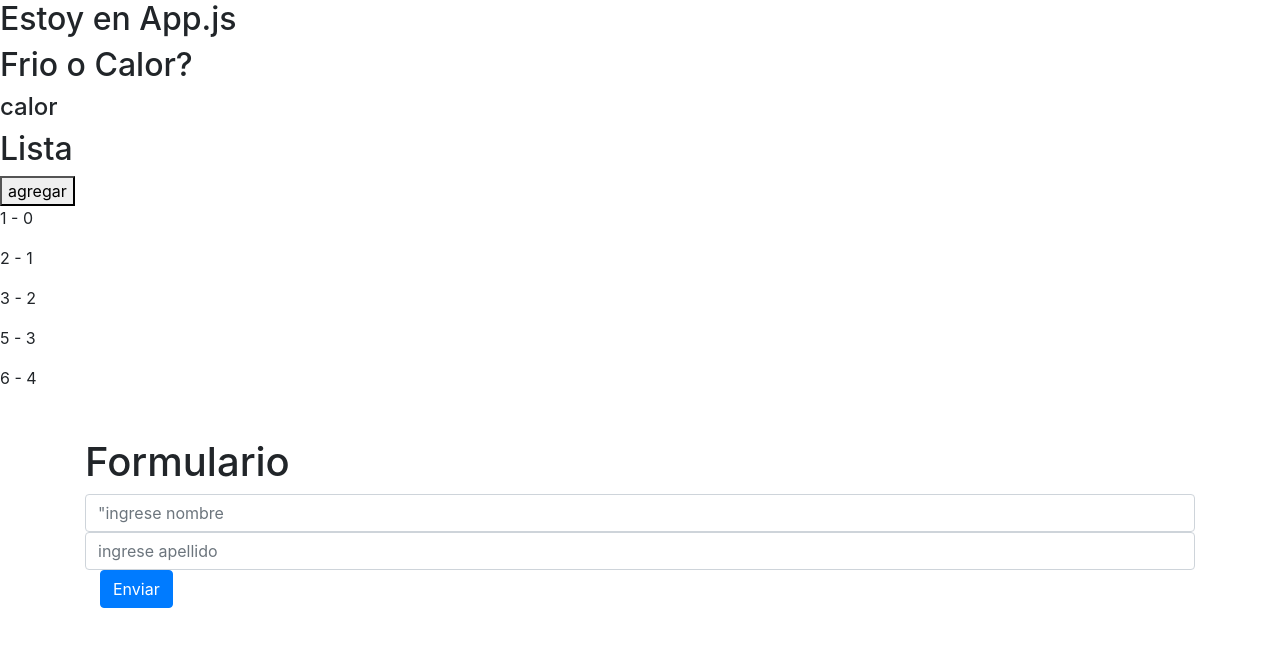
Repository: geraldine-ventura/Jsx-practica-terminada
Page: /
The author's editor kept a copy of each file at every save. The page is drawn from the files as they stood at one save, then again after the next save.
The browser window is 1280 px wide. The pictures show the whole page.
The project was rebuilt for these pictures with package versions that can differ from the ones it lists, and the page was loaded fresh each time.

Above is the page before, as saved 2022-12-29 11:15:32.

### public/index.html
<!DOCTYPE html>
<html lang="en">
  <head>
    <meta charset="utf-8" />
    <link rel="icon" href="%PUBLIC_URL%/favicon.ico" />
    <meta name="viewport" content="width=device-width, initial-scale=1" />
    <meta name="theme-color" content="#000000" />
    <meta
      name="description"
      content="Web site created using create-react-app"
    />
    <link rel="apple-touch-icon" href="%PUBLIC_URL%/logo192.png" />
    <!--
      manifest.json provides metadata used when your web app is installed on a
      user's mobile device or desktop. See https://developers.google.com/web/fundamentals/web-app-manifest/
    -->
    <link rel="manifest" href="%PUBLIC_URL%/manifest.json" />
    <!--
      Notice the use of %PUBLIC_URL% in the tags above.
      It will be replaced with the URL of the `public` folder during the build.
      Only files inside the `public` folder can be referenced from the HTML.

      Unlike "/favicon.ico" or "favicon.ico", "%PUBLIC_URL%/favicon.ico" will
      work correctly both with client-side routing and a non-root public URL.
      Learn how to configure a non-root public URL by running `npm run build`.
    -->
    <title>React App</title>
    <link rel="stylesheet" href="https://cdn.jsdelivr.net/npm/bootstrap@4.3.1/dist/css/bootstrap.min.css" integrity="sha384-ggOyR0iXCbMQv3Xipma34MD+dH/1fQ784/j6cY/iJTQUOhcWr7x9JvoRxT2MZw1T" crossorigin="anonymous">
  </head>


  <body>
    <noscript>You need to enable JavaScript to run this app.</noscript>
    <div id="root"></div>
    <!--
      This HTML file is a template.
      If you open it directly in the browser, you will see an empty page.

      You can add webfonts, meta tags, or analytics to this file.
      The build step will place the bundled scripts into the <body> tag.

      To begin the development, run `npm start` or `yarn start`.
      To create a production bundle, use `npm run build` or `yarn build`.
    -->
  </body>
</html>

### src/App.js
import React from 'react'
import Formulario from './componeneste2/Formulario';
import Jsx from "./componetes/Jsx"
import Lista from './componetes/Lista';

function App() {
  return (
    <div className="App">
     <h2>Estoy en App.js</h2>
      <Jsx></Jsx>
      <Lista></Lista>

       <div className='container mt-5'>
         <Formulario></Formulario>
       </div>

    </div>
  );
}

export default App;

### src/componeneste2/Formulario.js
import React, {Fragment, useState} from 'react'

const Formulario= ()=>{
     return (
      <Fragment>
        <h1>Formulario</h1>
         <form className='"row'>
        <input
        placeholder='"ingrese nombre'
        className= "form-control">
       </input>
         <div>
          <input
          placeholder='ingrese apellido'
          className= "form-control">
          </input>
         </div>
         <div className='col-md-3'>
          <button className="btn btn-primary" type='submit'>Enviar</button>

           </div>
        </form>
        </Fragment>
      );
}

export default Formulario;

### src/componetes/Jsx.js
import React, { Fragment } from 'react'

const  Jsx= () => {
    //const saludo =" CONSTANTE PRUEBA"
    const temperatura=21;
    return (
        <Fragment>

    <h2>Frio o Calor?</h2>
    <h4>
       {
        temperatura > 20 ? "calor" : "frio"
       }
    </h4>
       </Fragment>
        );
}

export default Jsx;

### src/componetes/Lista.js
import React,{useState,Fragment} from 'react'
const  Lista= () => {

 const [arrayNumero, setArrayNumero]= useState([1,2,3,5,6])

 const[numero, setNumero]= useState(77)

 const agregarElemento =() => {

    setNumero(numero + 1)
   // console.log ("click")
    setArrayNumero([...arrayNumero,numero])
}
    return (
        <Fragment>
          <h2> Lista</h2>
          <button onClick={agregarElemento}>agregar</button>
          {
            arrayNumero.map((item,index )=>
                <p key ={index}>
                  {item} - {index}
                </p>
            )
          }
        </Fragment>
     );
}

export default Lista;

Loaded but not shown: src/index.js (common file); src/index.css (common file); src/reportWebVitals.js (common file)

After the next save:
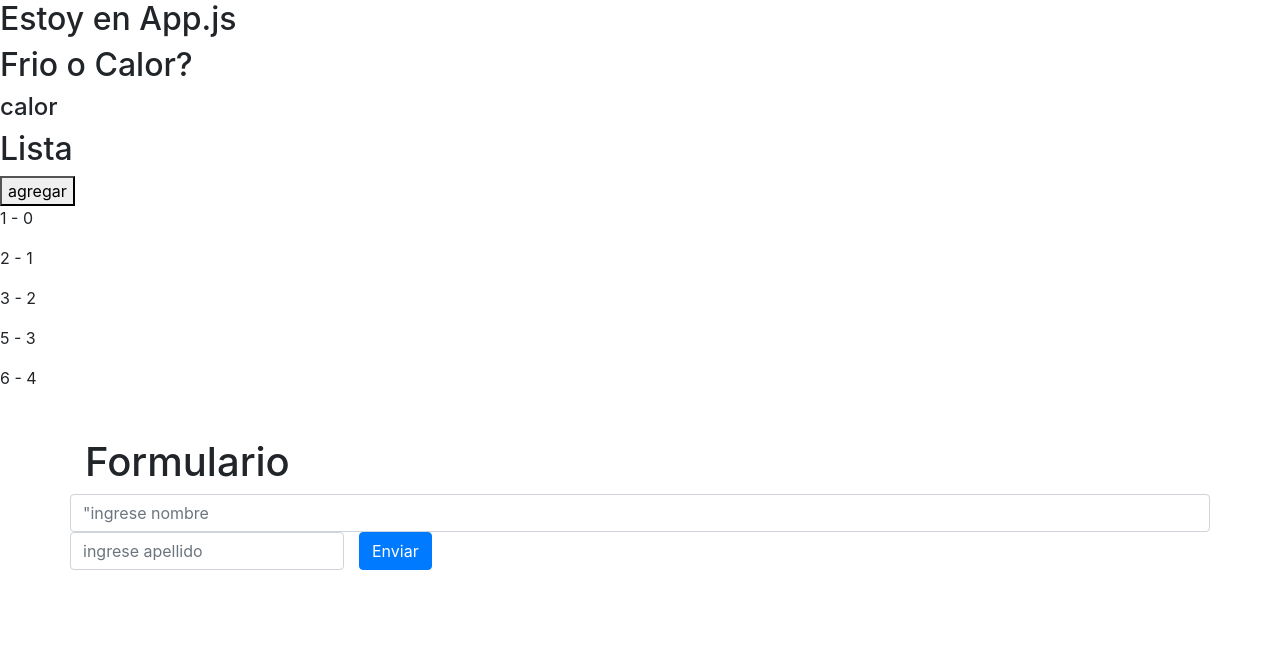
Saved 7 min 56 s later.
--- a/src/componeneste2/Formulario.js
+++ b/src/componeneste2/Formulario.js
@@ -4,7 +4,7 @@ const Formulario= ()=>{
      return (
       <Fragment>
         <h1>Formulario</h1>
-         <form className='"row'>
+         <form className='row'>
         <input
         placeholder='"ingrese nombre'
         className= "form-control">
